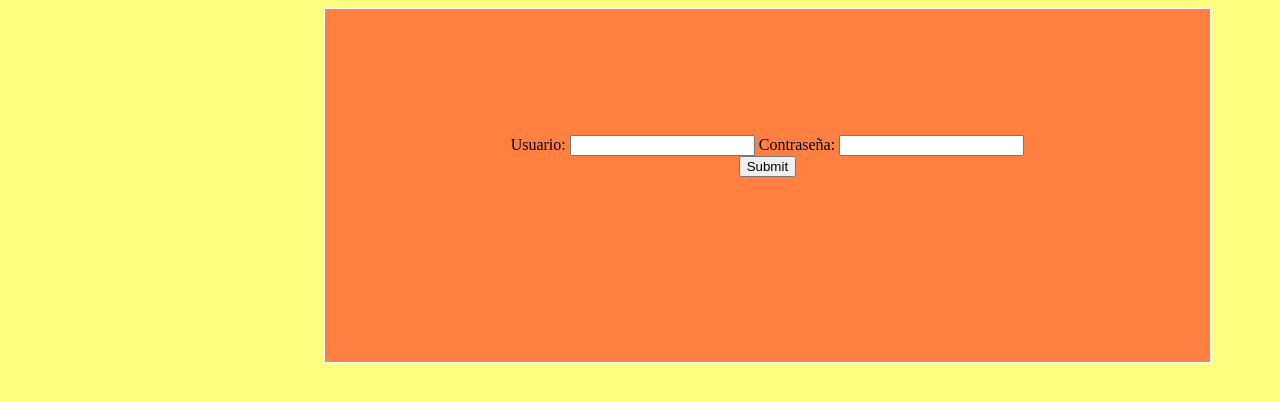
Repository: salvadorsobrino/Ejercicio5ServletJSP
Page: http://localhost/Ejercicio5/
These files come from the project's save history. The page is drawn as it stood at one moment and after the next save; the edit follows.
The browser window is 1280 px wide. The pictures show the whole page.
The page is served by Tomcat 9.

Above is the page before, as saved 2022-03-11 09:32:17.

After the next save:
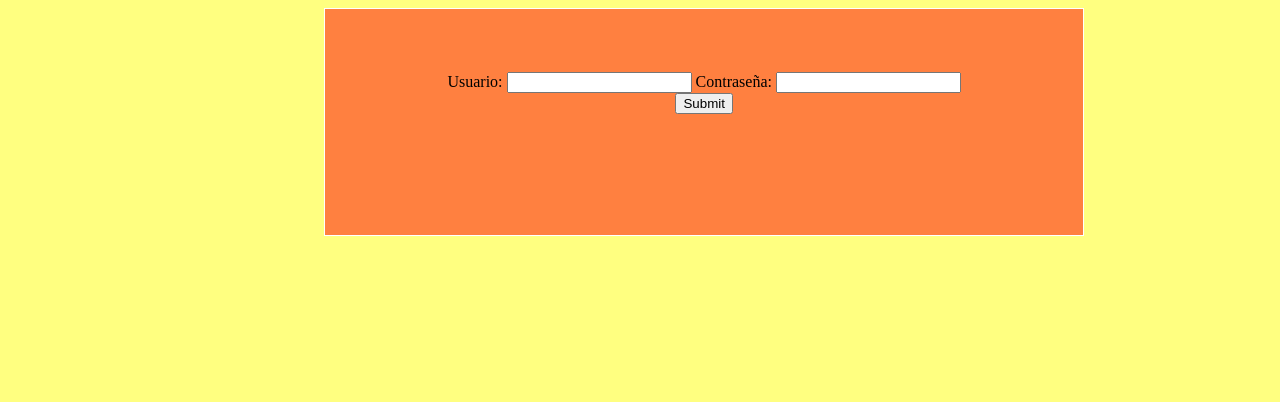
Saved 28 s later.
--- a/Ejercicio5/src/main/webapp/index.css
+++ b/Ejercicio5/src/main/webapp/index.css
@@ -15,7 +15,7 @@ body{
 	height: 100px;
 	margin-left: 25%;
 	text-align:center;
-	padding: 10%;
+	padding: 5%;
 
 }
 a:link {
